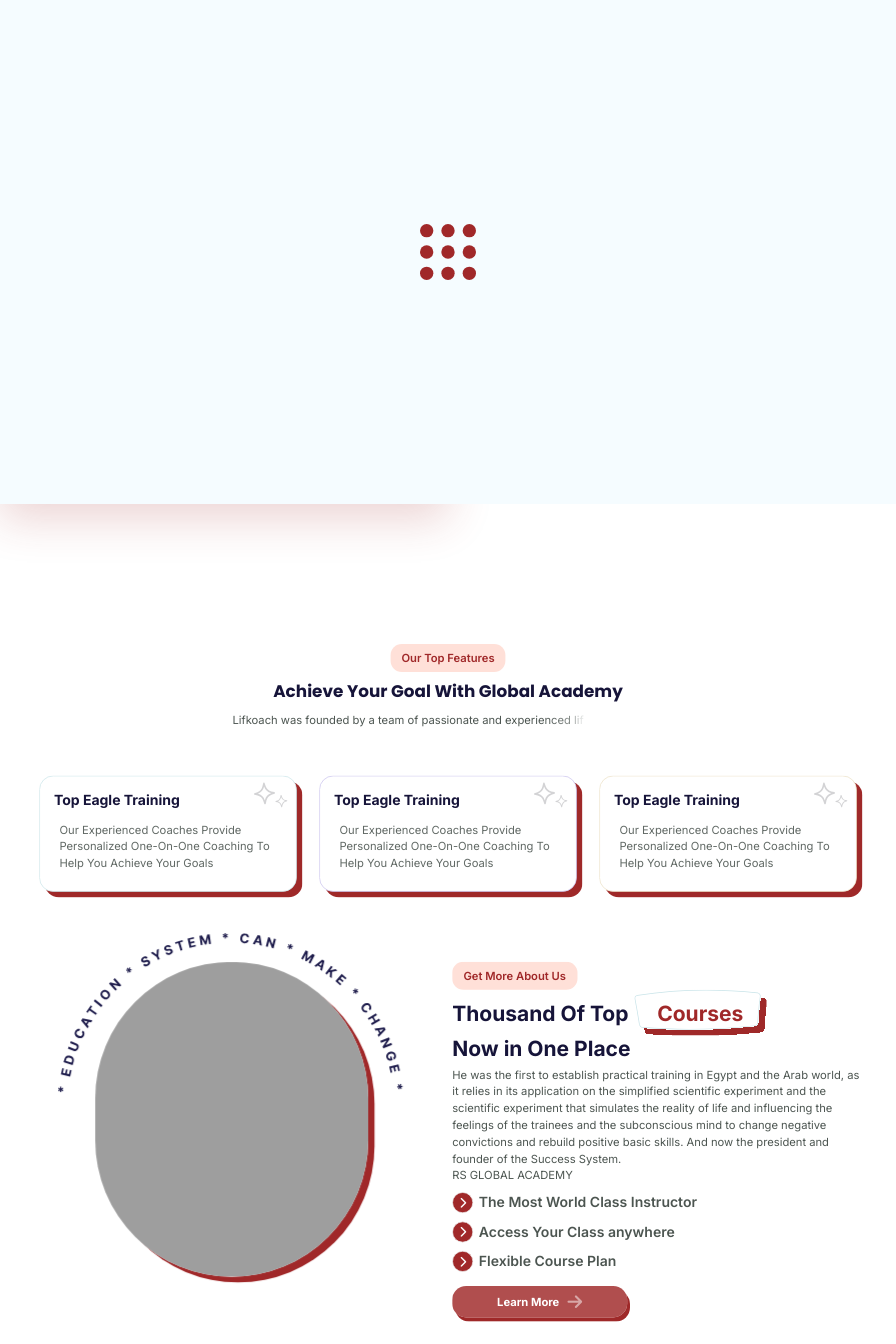
Repository: OmarAhmedEl-hanafy/OT_FRONT
Page: /
An editor plug-in stored every save of this project. The page is shown before and after the next save, followed by the edit.
The browser window is 1280 px wide. The pictures show the part of the page from y = 0 to 1920 px (the page is 5898 px tall), at 70% of full size.
Pictures or frames that could not be fetched are drawn as grey boxes. The page's requests for data from a server got no answer. The project was rebuilt for these pictures with package versions that can differ from the ones it lists, and the page was loaded fresh each time. No one was signed in, and anything a server would have sent is missing. Also part of the build but not shown: vite.config.ts, src/components/Legout/Legout.tsx, src/pages/AboutUs/AboutUs.css, src/pages/AboutUs/Section2.tsx, src/pages/AboutUs/Section3.tsx, src/pages/AboutUs/Section4.css, src/pages/AboutUs/Section4.tsx, src/pages/AboutUs/AboutUs.tsx and 28 more. Imported but missing from the stored project, and not drawn on this page: src/assets/images/video-1.mp4.

Above is the page before, as saved 2024-07-31 13:45:19.

After the next save:
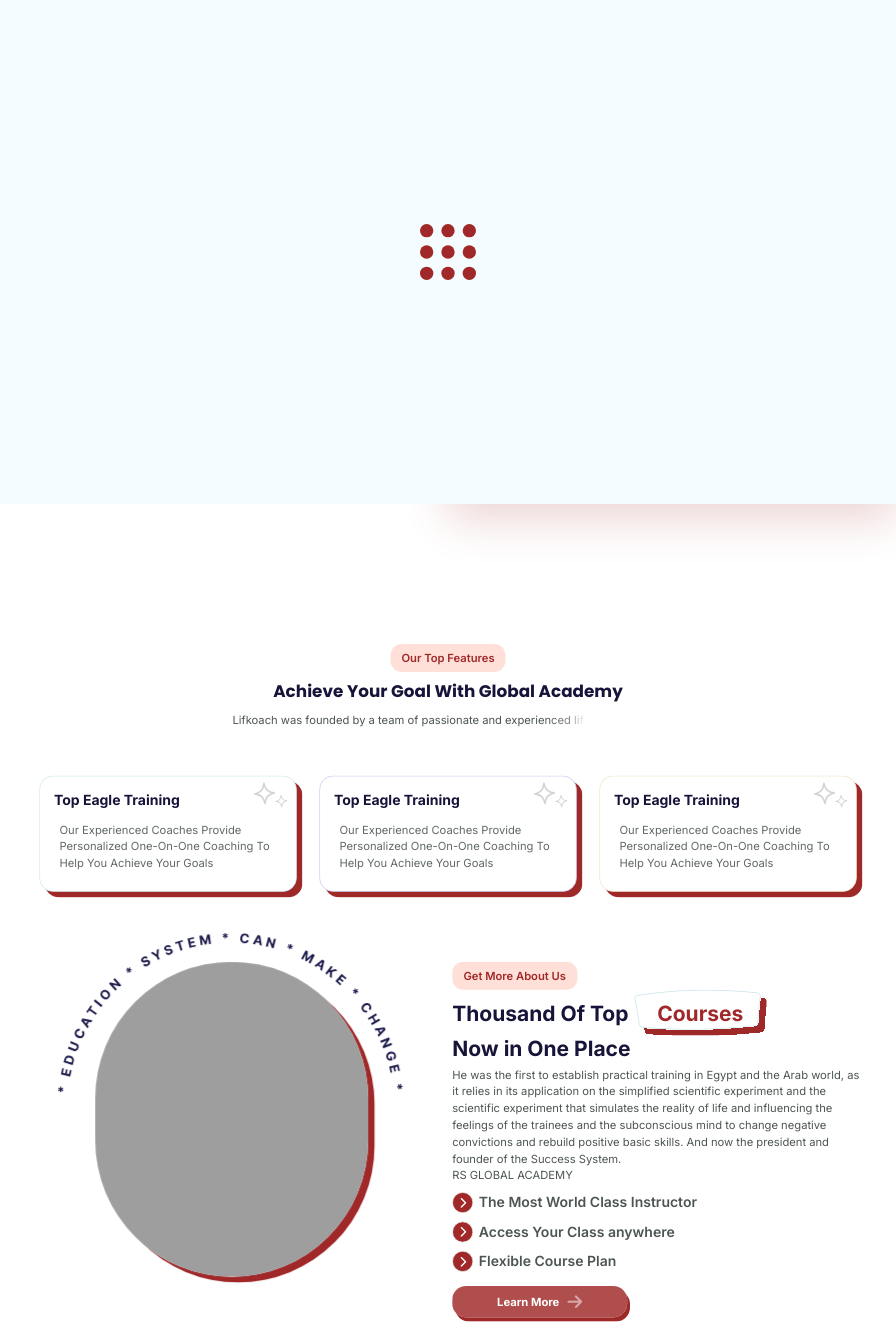
Saved 32 s later.
--- a/src/components/HomeComponents/Header.tsx
+++ b/src/components/HomeComponents/Header.tsx
@@ -66,7 +66,7 @@ function Header() {
             "linear-gradient(180deg, rgba(160, 41, 41, 0) 0%, rgba(160, 41, 41, 0.77) 100%)",
           boxShadow: "0px 30px 60px rgba(160, 41, 41, 0.2)",
         }}
-        className="absolute top-0 left-0 w-[50%] h-[85%] -z-10"
+        className="absolute top-0 right-0 w-[50%] h-[85%] -z-10"
       >
         {/* <img className="" src={bg} /> */}
       </div>
